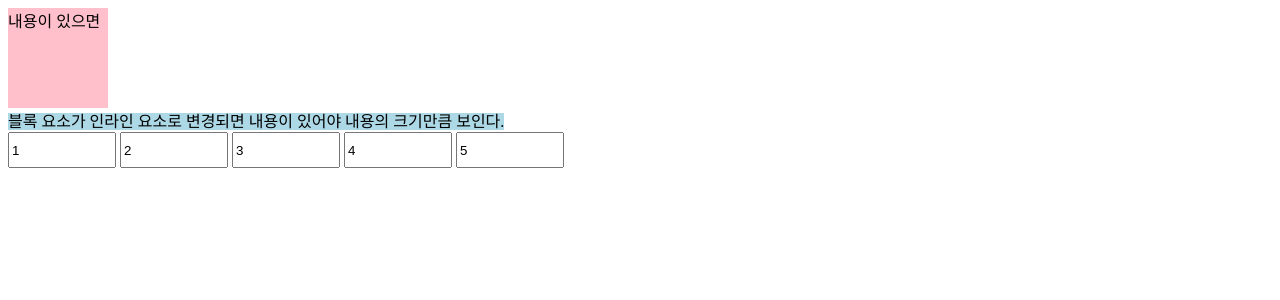
Repository: sangah-park98/jsp-class
Page: k20230508_1_css/src/main/webapp/18_박스모델8.html
An editor plug-in stored every save of this project. The page is shown before and after the next save, followed by the edit.
The browser window is 1280 px wide. The pictures show the whole page.

Above is the page before, as saved 2023-05-09 02:39:03.

### k20230508_1_css/src/main/webapp/18_박스모델8.html
<!DOCTYPE html>
<html>
<head>
<meta charset="UTF-8">
<title>박스 모델 - display</title>
<style type="text/css">

	/*
		display: 요소의 박스 타입을 설정한다.
			block => 블록 요소(div 등), 내용이 없어도 크기를 가질 수 있고 자동으로 줄이 변경된다.
			inline => 인라인 요소(span 등), 내용이 있어도 크기를 가질 수 없고 자동으로 줄이 변경되지 않는다.
			inline-block => 인라인 블록 요소(input 등), 인라인 요소인데 크기를 가질 수 있다.
			none => 요소의 박스 타입이 없음 => 요소가 화면에서 사라짐
	*/

	span {
		width: 100px;
		height: 100px;
		background-color: pink;
		/* inline 요소를 block 요소로 변경하면 크기를 가지게 되므로 내용이 없어도 보인다. */
		display: block;
	}
 	div {
		width: 100px;
		height: 100px;
		background-color: lightblue;
		/* block 요소를 inline 요소로 변경하면 크기를 가질 수 없게 되므로 내용이 있어야 보인다. */
		display: inline;
	}
	input {
		width: 100px;
		height: 30px;
	}
</style>
</head>
<body>

<span>내용이 있으면</span>
<div>블록 요소가 인라인 요소로 변경되면 내용이 있어야 내용의 크기만큼 보인다.</div>

<form>
	<input type="text" value="1">
	<input type="text" value="2">
	<input type="text" value="3">
	<input type="text" value="4">
	<input type="text" value="5">
</form>

</body>
</html>

After the next save:
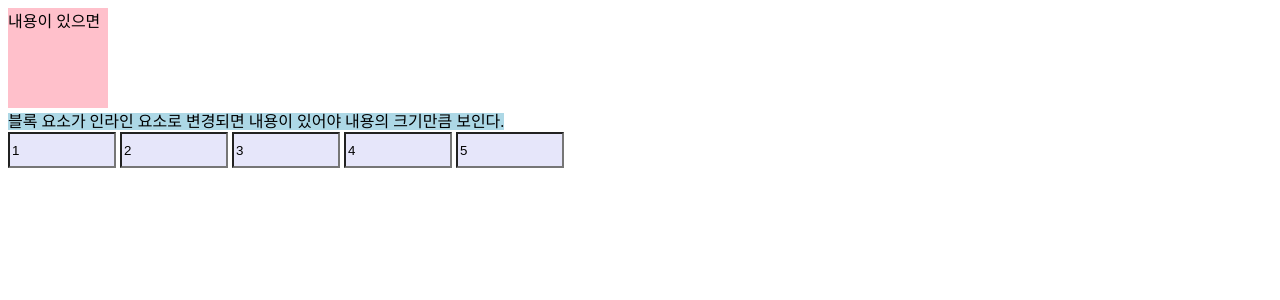
Saved 55 s later.
--- a/k20230508_1_css/src/main/webapp/18_박스모델8.html
+++ b/k20230508_1_css/src/main/webapp/18_박스모델8.html
@@ -30,6 +30,7 @@
 	input {
 		width: 100px;
 		height: 30px;
+		background-color: lavender;
 	}
 </style>
 </head>

After the save that followed:
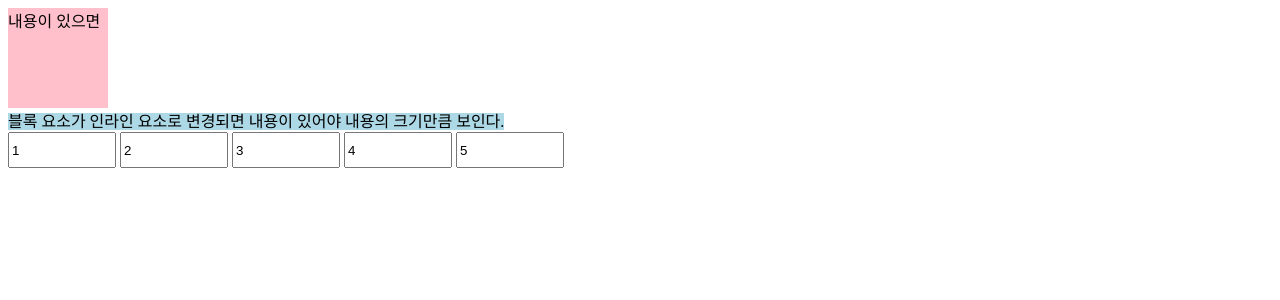
Saved 8 s later.
--- a/k20230508_1_css/src/main/webapp/18_박스모델8.html
+++ b/k20230508_1_css/src/main/webapp/18_박스모델8.html
@@ -30,7 +30,7 @@
 	input {
 		width: 100px;
 		height: 30px;
-		background-color: lavender;
+		background-color: lavander;
 	}
 </style>
 </head>
